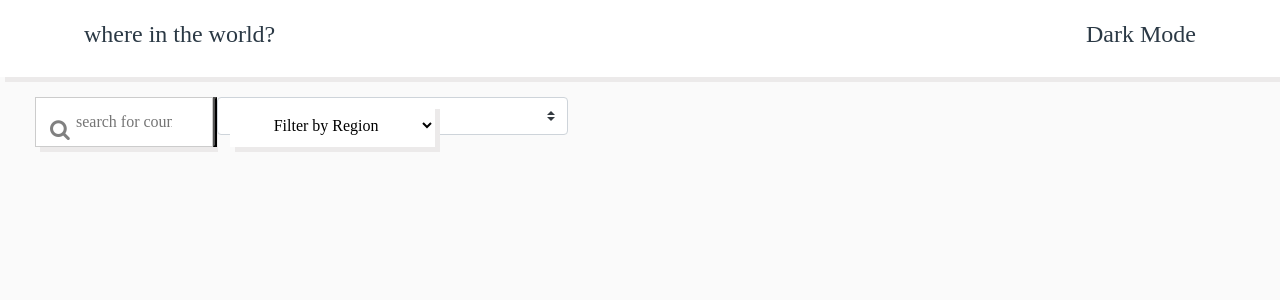
Repository: lamilekan263/countries
Page: /
The author's editor kept a copy of each file at every save. The page is drawn from the files as they stood at one save, then again after a run of saves.
The browser window is 1280 px wide. The pictures show the whole page.
The page's requests for data from a server got no answer. The project was rebuilt for these pictures with package versions that can differ from the ones it lists, and the page was loaded fresh each time. No one was signed in, and anything a server would have sent is missing. Also part of the build but not shown: src/components/country/country.css, src/components/country/country.jsx.

Above is the page before, as saved 2020-07-30 16:28:08.

After the next 3 saves:
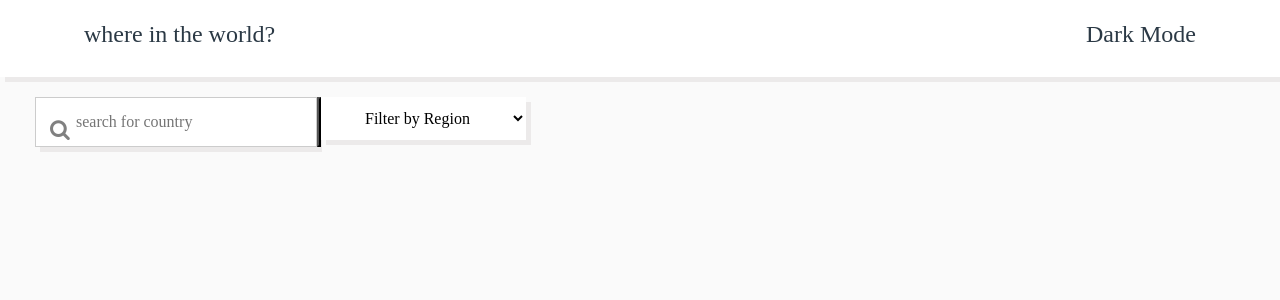
The 3 saves are shown as one change because they came seconds apart.
The last was saved 48 s later.
--- a/src/components/selectCountryRegion/selectCountryRegion.component.jsx
+++ b/src/components/selectCountryRegion/selectCountryRegion.component.jsx
@@ -3,7 +3,7 @@ import React from 'react';
 import './selectCountryRegion.styles.css'
 
 const SelectDropDownByRegion = () =>(
-    <div className="custom-select">
+    <div>
         <select name="Filter by Region">
             <option value="">Filter by Region</option>
             <option value="Africa">Africa</option>
